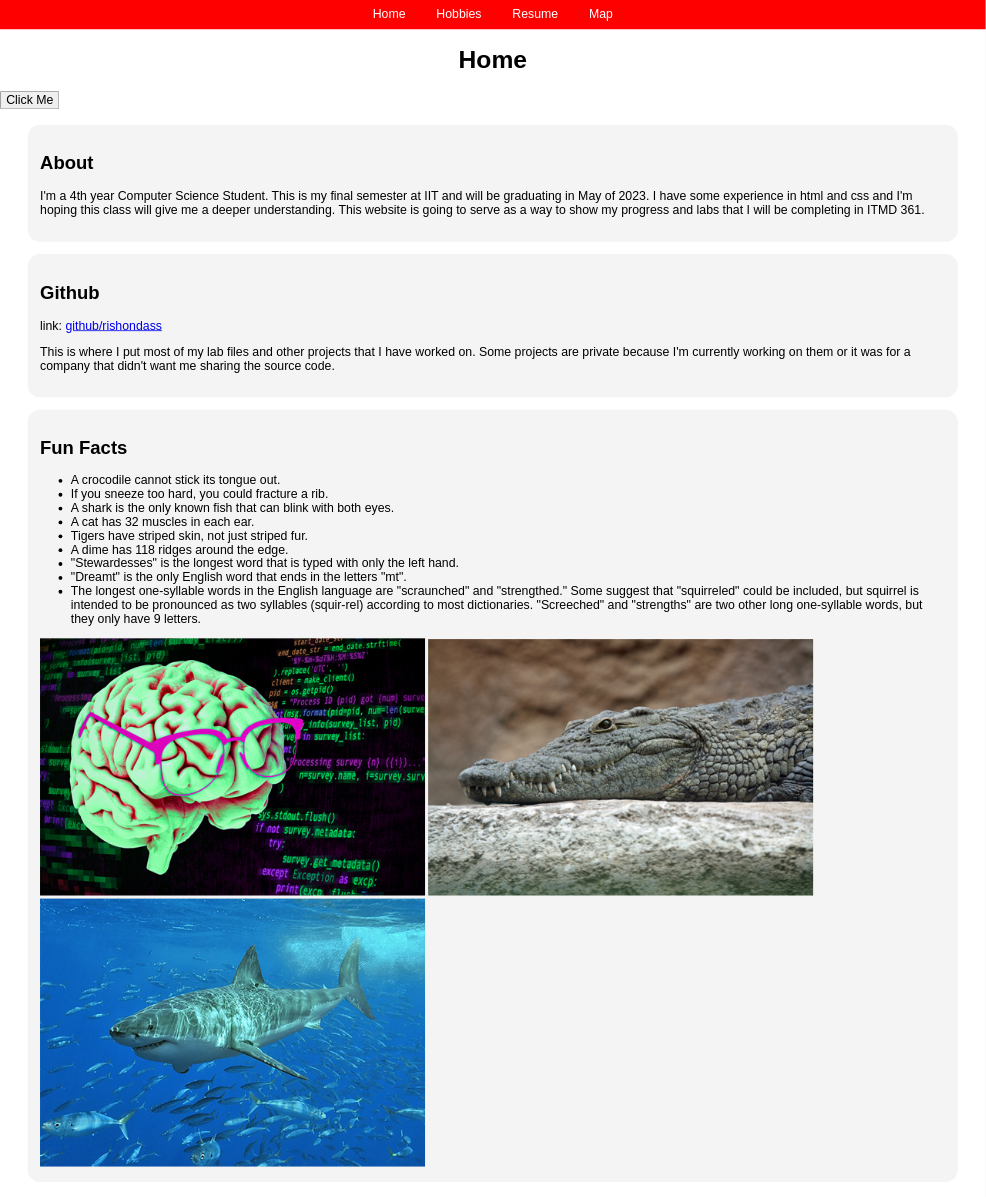
Repository: rishondass/ITMD361-Project3
Page: index.html
An editor plug-in stored every save of this project. The page is shown before and after a run of saves, followed by the edit.
The browser window is 1280 px wide. The pictures show the whole page, at 77% of full size.

Above is the page before, as saved 2023-04-28 18:04:04.

After the next 3 saves:
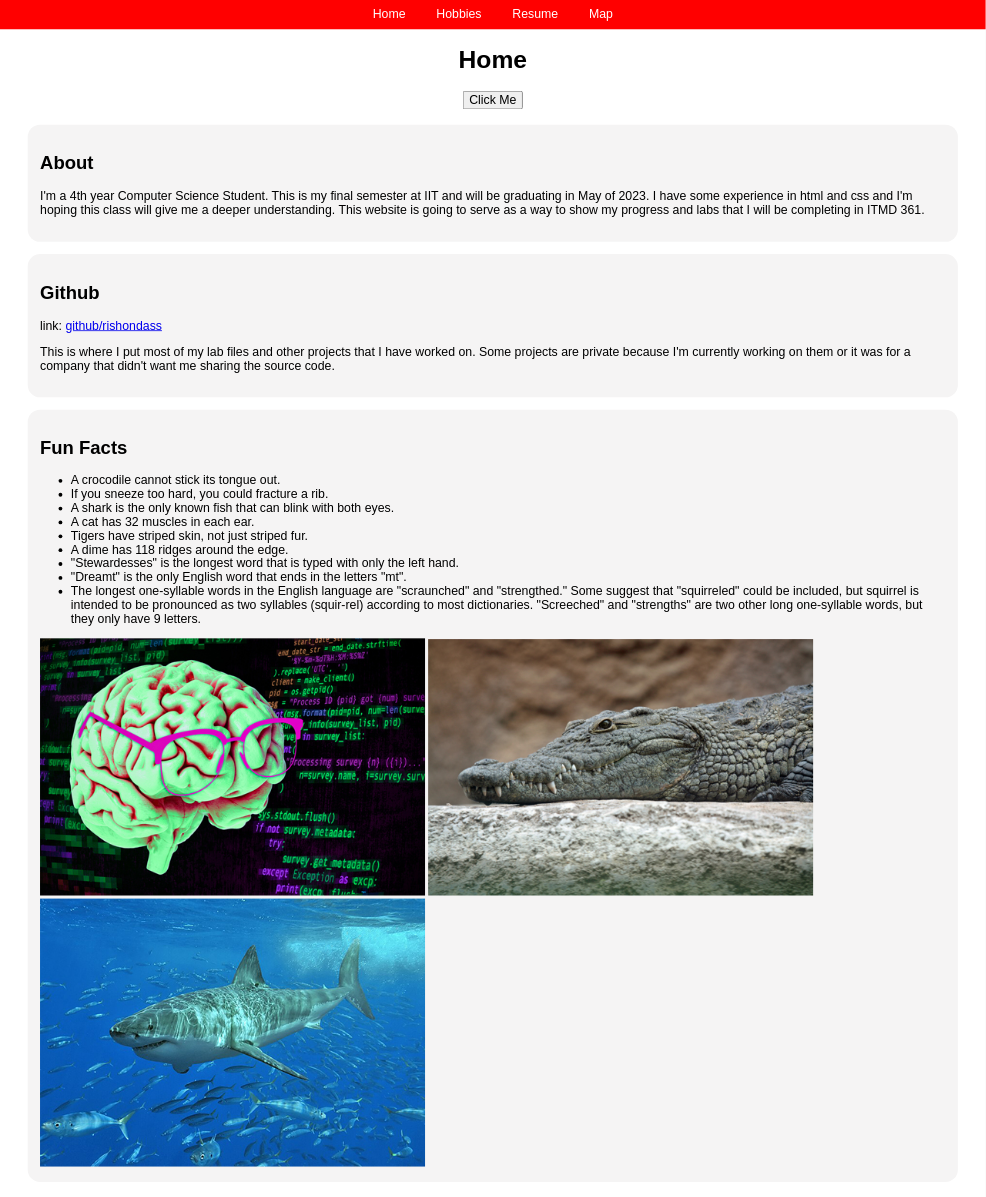
The 3 saves are shown as one change because they came seconds apart.
The last was saved 21 s later.
--- a/css/style.css
+++ b/css/style.css
@@ -104,5 +104,5 @@ To be added
 
 #secretdiv{
     display: flex;
-    align-items: center;
+    justify-content: center;
 }
